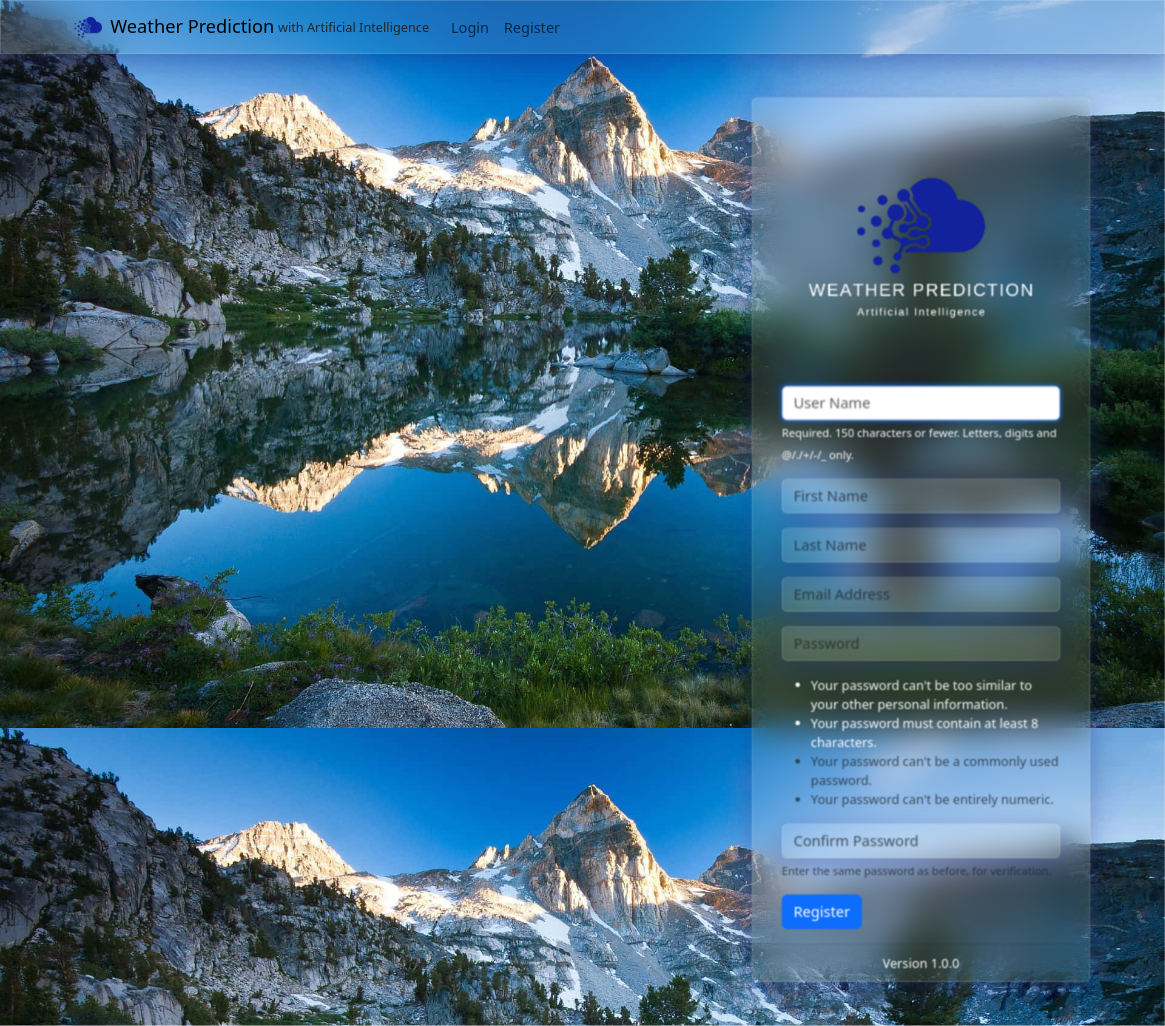
Repository: rustycoder/weather_prediction
Page: http://localhost/weather_admin/register
The author's editor kept a copy of each file at every save. The page is drawn from the files as they stood at one save, then again after the next save.
The browser window is 1280 px wide. The pictures show the whole page, at 91% of full size.
Backgrounds fixed to the window are drawn as part of the page. The page is served by the project's application, run on Django 5.2 (manage.py).

Above is the page before, as saved 2025-03-03 19:56:53.

After the next save:
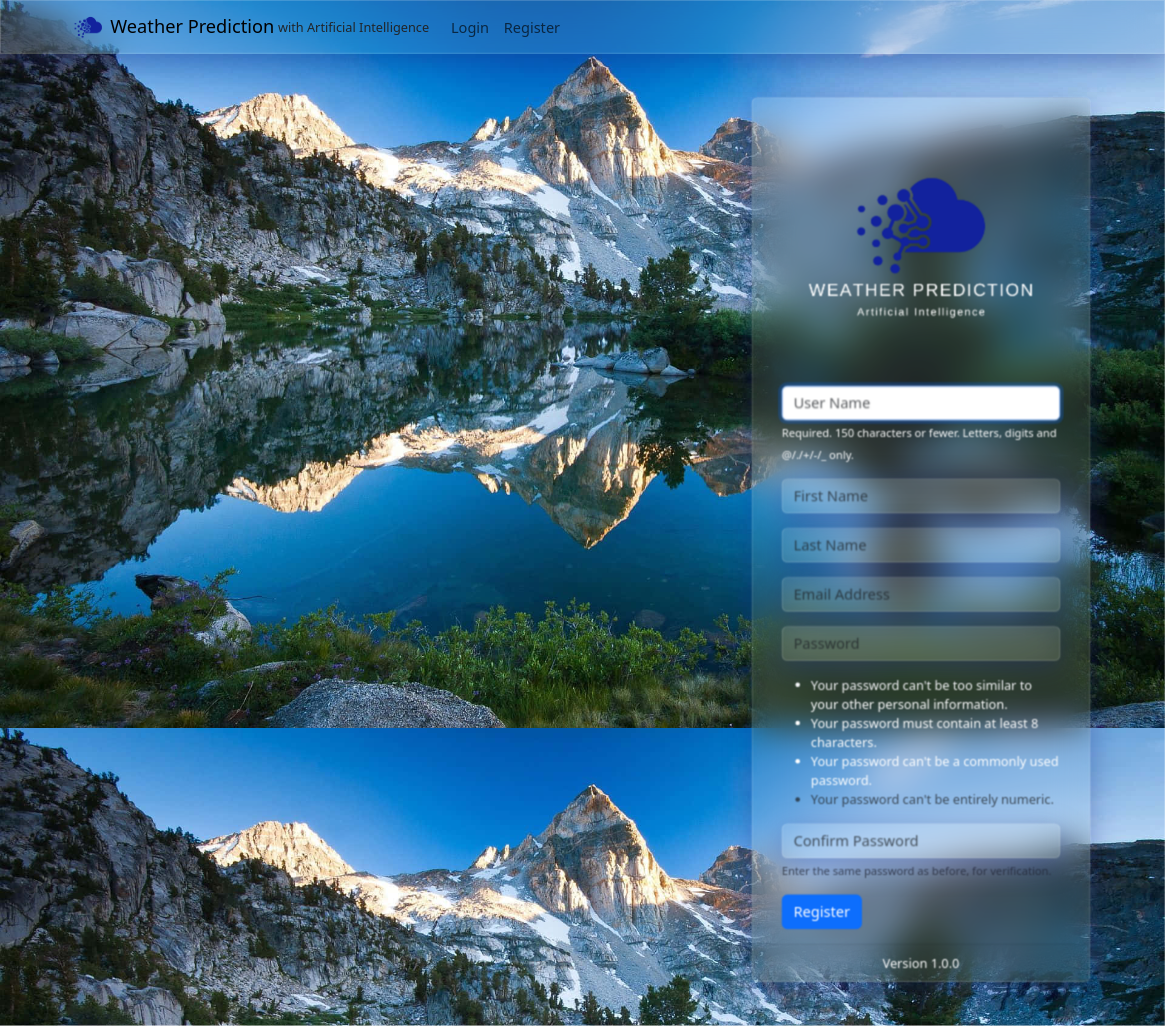
Saved 6 s later.
--- a/weather_admin/forms.py
+++ b/weather_admin/forms.py
@@ -28,7 +28,7 @@
 		self.fields['password1'].widget.attrs['class'] = 'form-control glass'
 		self.fields['password1'].widget.attrs['placeholder'] = 'Password'
 		self.fields['password1'].label = ''
-		self.fields['password1'].help_text = '<ul class="form-text text-muted small"><li class="text-white">Your password can\'t be too similar to your other personal information.</li><li class="text-white">Your password must contain at least 8 characters.</li><li>Your password can\'t be a commonly used password.</li><li>Your password can\'t be entirely numeric.</li></ul>'
+		self.fields['password1'].help_text = '<ul class="form-text text-muted small"><li class="text-white">Your password can\'t be too similar to your other personal information.</li><li class="text-white">Your password must contain at least 8 characters.</li><li class="text-white">Your password can\'t be a commonly used password.</li><li>Your password can\'t be entirely numeric.</li></ul>'
 
 		self.fields['password2'].widget.attrs['class'] = 'form-control glass'
 		self.fields['password2'].widget.attrs['placeholder'] = 'Confirm Password'
